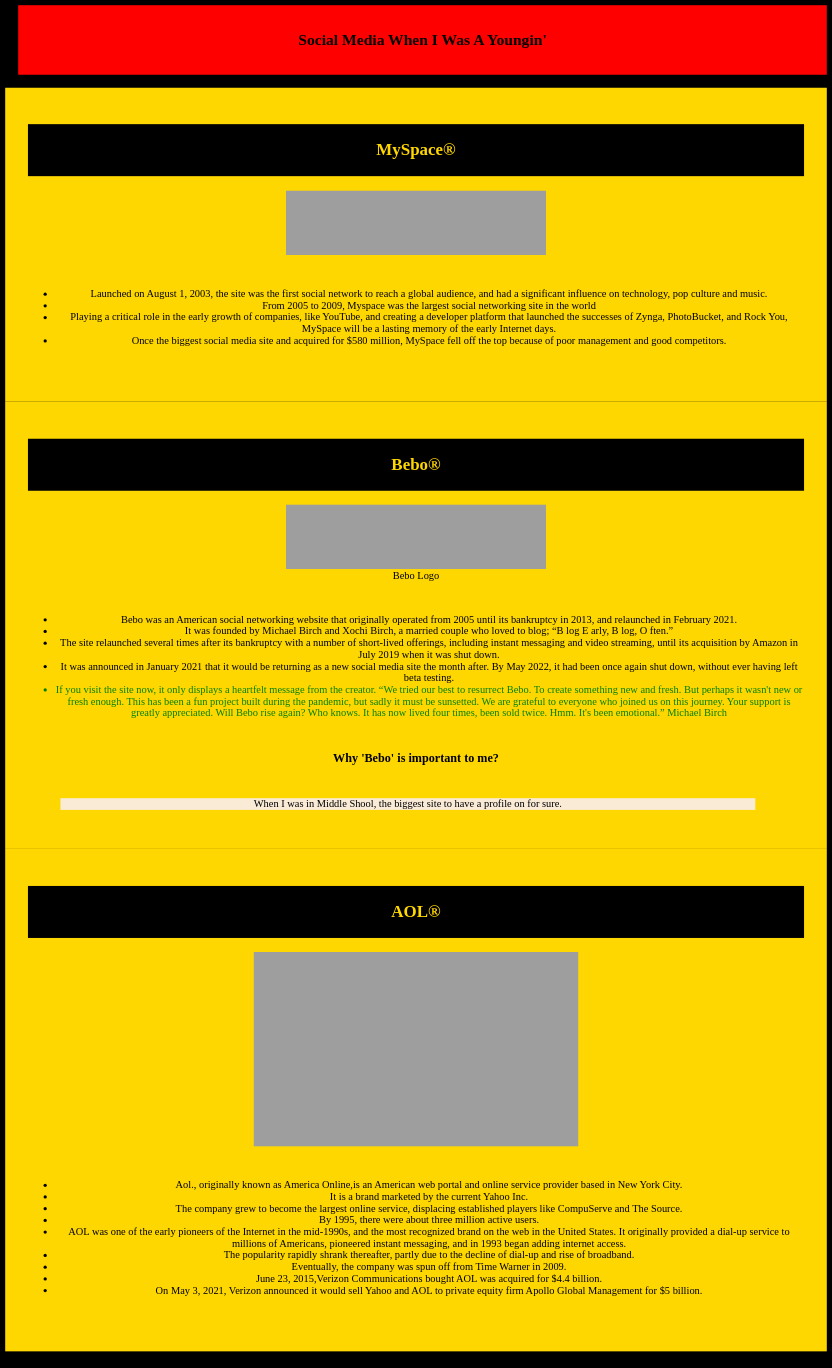
Repository: AndrewGrantt/LC101
Page: LC101/js-assignment-4-html-me-something-buffylow/index.html
These files come from the project's save history. The page is drawn as it stood at one moment and after the next save; the edit follows.
The browser window is 1280 px wide. The pictures show the whole page, at 65% of full size.
Pictures or frames that could not be fetched are drawn as grey boxes.

Above is the page before, as saved 2022-07-15 06:46:13.

After the next save:
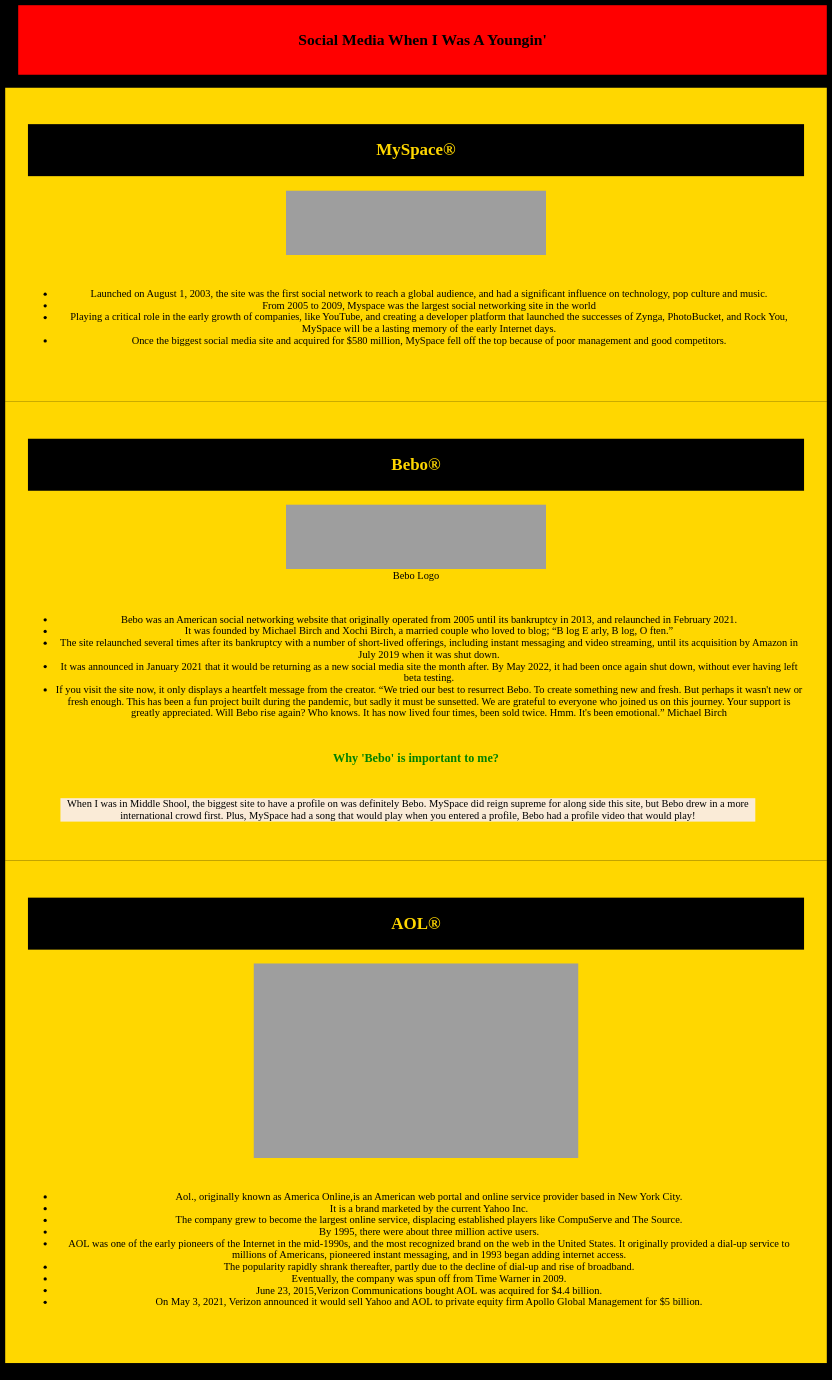
Saved 4 min 0 s later.
--- a/LC101/js-assignment-4-html-me-something-buffylow/index.html
+++ b/LC101/js-assignment-4-html-me-something-buffylow/index.html
@@ -38,7 +38,7 @@
           “B log E arly, B log, O ften.” </li>
       <li>The site relaunched several times after its bankruptcy with a number of short-lived offerings, including instant messaging and video streaming, until its acquisition by Amazon in July 2019 when it was shut down. </li>
       <li>It was announced in January 2021 that it would be returning as a new social media site the month after. By May 2022, it had been once again shut down, without ever having left beta testing. </li>
-     <li class="funParagraph"> If you visit the site now, it only displays a heartfelt message from the creator.
+     <li> If you visit the site now, it only displays a heartfelt message from the creator.
 
 
       “We tried our best to resurrect Bebo.
@@ -52,9 +52,9 @@
       Michael Birch</li>
    </ul>
    </p>
-      <h3> Why 'Bebo' is important to me?</h3>
+      <h3 class="funParagraph"> Why 'Bebo' is important to me?</h3>
       <p>
-         When I was in Middle Shool, the biggest site to have a profile on for sure.
+         When I was in Middle Shool, the biggest site to have a profile on was definitely Bebo. MySpace did reign supreme for along side this site, but Bebo drew in a more international crowd first. Plus, MySpace had a song that would play when you entered a profile, Bebo had a profile video that would play!
       </p>
   </article>
   <article class="sites">
